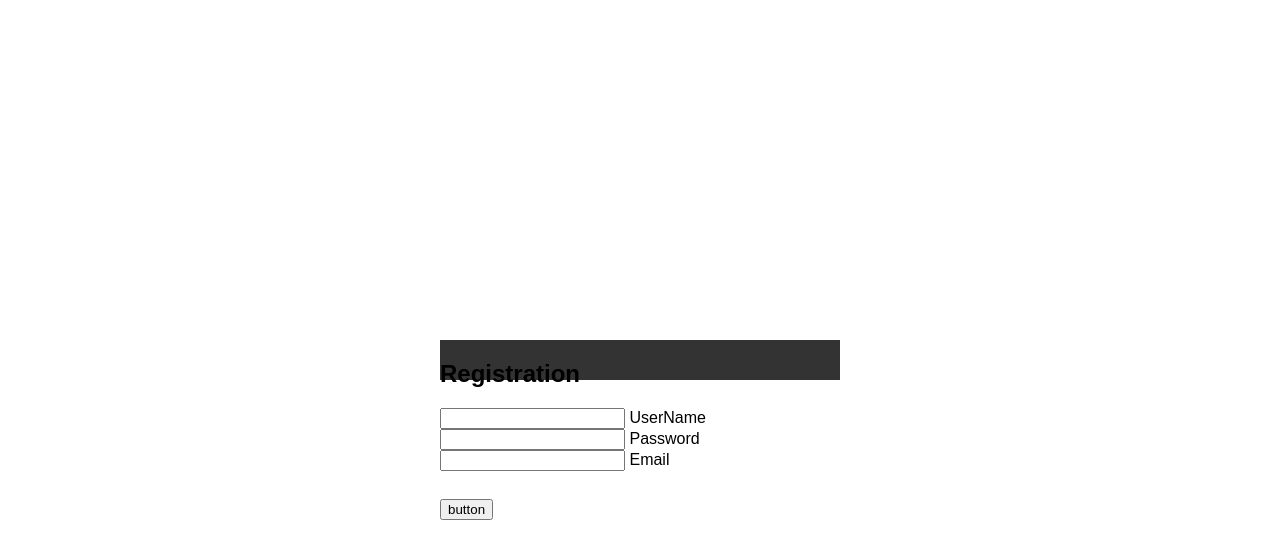
Repository: Berilinanir/Login-Logout-System
Page: Loginn/WebContent/registration.html
An editor plug-in stored every save of this project. The page is shown before and after the next save, followed by the edit.
The browser window is 1280 px wide. The pictures show the whole page.

Above is the page before, as saved 2018-10-10 18:26:38.
Not found: Loginn/WebContent/resim.jpg

After the next save:
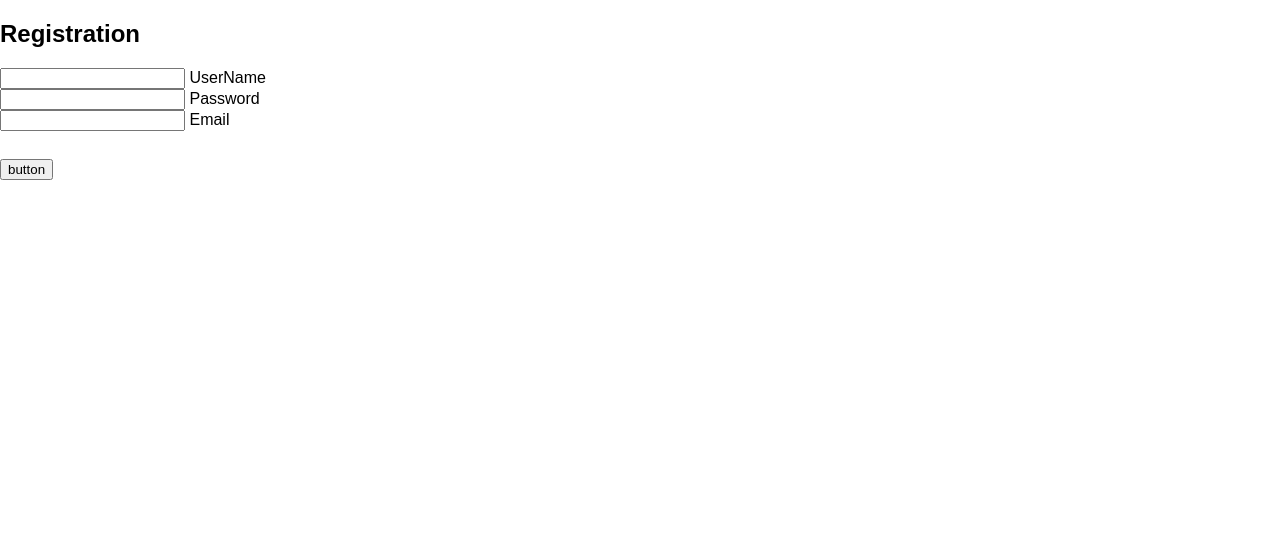
Saved 45 h 29 min later.
--- a/Loginn/WebContent/style.css
+++ b/Loginn/WebContent/style.css
@@ -12,7 +12,7 @@
 
 }
 
-.box{
+.login-box{
 
 	  position:absolute;
 	  top:50%;

After the save that followed:
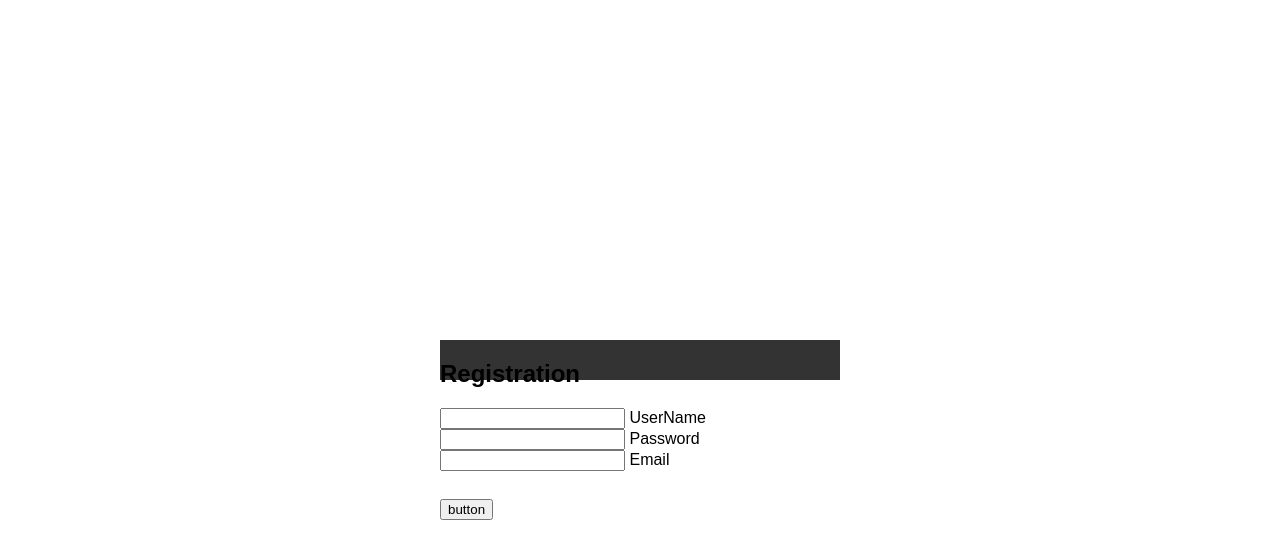
Saved 14 s later.
--- a/Loginn/WebContent/style.css
+++ b/Loginn/WebContent/style.css
@@ -12,7 +12,7 @@
 
 }
 
-.login-box{
+.box{
 
 	  position:absolute;
 	  top:50%;
